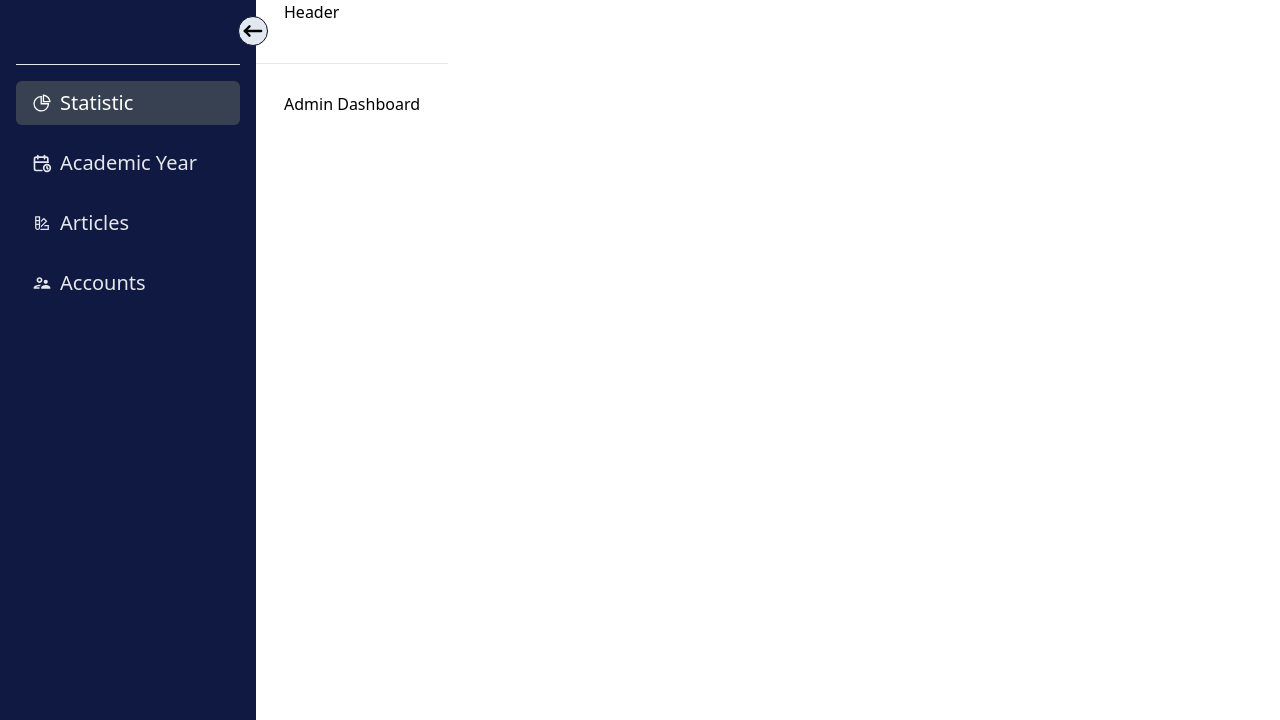
Repository: huynhvanngoan/COMP1640FE-Template
Page: /admin
These files come from the project's save history. The page is drawn as it stood at one moment and after the next save; the edit follows.
The browser window is 1280 px wide. The pictures show the whole page.
The project was rebuilt for these pictures with package versions that can differ from the ones it lists, and the page was loaded fresh each time. Also part of the build but not shown: src/components/buttonStyles.js, src/pages/LoginPage.jsx, src/pages/student/StudentDashboard.jsx, src/pages/department/DepartmentDashboard.jsx, src/pages/marketing/MarketingDashboard.jsx, src/pages/guest/GuestDashboard.jsx.

Above is the page before, as saved 2024-03-24 06:55:25.

### src/index.js
import React from 'react';
import ReactDOM from 'react-dom/client';
import './index.css';
import App from './App';

const root = ReactDOM.createRoot(document.getElementById('root'));
root.render(
  <React.StrictMode>
      <App />
  </React.StrictMode>
)

### src/index.css
@import url('https://fonts.googleapis.com/css2?family=Inter:wght@100;200;300;400;500;600;700;800;900&display=swap');
@tailwind base;
@tailwind components;
@tailwind utilities;

### src/App.js
import React from 'react'
import { BrowserRouter as Router, Routes, Route, Navigate } from "react-router-dom";
import LoginPage from './pages/LoginPage';
import StudentDashboard from './pages/student/StudentDashboard';
import DepartmentDashboard from './pages/department/DepartmentDashboard';
import MarketingDashboard from './pages/marketing/MarketingDashboard';
import GuestDashboard from './pages/guest/GuestDashboard';
import Layout from './pages/admin/layout';
const App = () => {


  return (
    <Router>
        <Routes>
          <Route path="/login" element={<LoginPage/>} />

          <Route path="/admin" element={<Layout />}/>

          <Route path="/student-dashboard" element={<StudentDashboard />}/>

          <Route path="/guest-dashboard" element={<GuestDashboard />}/>

          <Route path="/department-dashboard" element={<DepartmentDashboard />}/>

          <Route path="/marketing-dashboard" element={<MarketingDashboard />}/>

          {/* <Route path='/marketing-homepage' element={<MarketingHomePage  />}/> */}

          <Route path='*' element={<Navigate to="/login" />} />

        </Routes>
    </Router>
  )
}

export default App

### src/pages/admin/layout.js
import React from 'react';
import Sidebar from './Sidebar';
import Header from './Header';
import AdminDashboard from './AdminDashboard';


export default function Layout() {
  return (
      <div className='flex'>
        <Sidebar />
        <div className='flex flex-col'>
          <Header />
          <AdminDashboard />
        </div>
      </div>
  );
}

### src/pages/admin/Sidebar.js
import React, { useState } from 'react';
import { Link } from 'react-router-dom';
import { AiOutlinePieChart } from "react-icons/ai";
import { TbCalendarTime } from "react-icons/tb";
import { LiaSwatchbookSolid } from "react-icons/lia";
import { MdOutlineSupervisorAccount } from "react-icons/md";
import { TbArrowNarrowLeft } from "react-icons/tb";
export const SidebarContent = [
  {
    icon: AiOutlinePieChart,
    heading: "Statistic"
  },
  {
    icon: TbCalendarTime,
    heading: "Academic Year"
  },
  {
    icon: LiaSwatchbookSolid,
    heading: "Articles"
  },
  {
    icon: MdOutlineSupervisorAccount,
    heading: "Accounts"
  }
]

export default function Sidebar() {
  const [selected, setSelected] = useState(0);
  const [colapse, setColapse] = useState(true);

  return (
    <div className={`left-0 top-0 h-screen bg-[#0f1941] p-4 ${colapse ? "w-64" : "w-20"} duration-300`}>
        <div className='flex flex-col'>
           <div className='relative flex h-10 justify-end'>
            <TbArrowNarrowLeft  className={`text-3xl bg-slate-200 rounded-full cursor-pointer absolute -right-7 border border-[#080e24] hover:text-white ${!colapse && 'rotate-180'}`} onClick={() => setColapse(!colapse)} />
           </div>
          <ul className='my-2 border-t pt-4 w-full items-center'>
            {SidebarContent.map((item, index) => {
              return (
                <li className={selected === index  ? "mb-4 group active" : "mb-4" } key={index} onClick={() => setSelected(index)}>
                  <Link to="#" className={`flex w-full rounded-md items-center space-x-2 text-gray-200 hover:bg-[#080e24] hover:text-white group-[.active]:bg-gray-700 group-[.active]:text-white ${colapse ? 'text-xl px-4 py-2 ': 'text-3xl px-1 py-1'}`}>
                    { colapse ? (
                      <>
                        <item.icon />
                        <span>{item.heading}</span>
                      </>
                    ) : ( <item.icon />)
                    }
                  </Link>
                </li>
              )
            })}
          </ul>
        </div>
    </div>
  );
}

### src/pages/admin/Header.js
import React from 'react';

export default function Header() {
  return (
    <div className='px-7 border-b w-full h-16'>
        Header
    </div>
  );
}

### src/pages/admin/AdminDashboard.js
import React from 'react'

const AdminDashboard = () => {
  return (
      <div className='p-7'>
        Admin Dashboard
      </div>
  )
}

export default AdminDashboard

### tailwind.config.js
/** @type {import('tailwindcss').Config} */
module.exports = {
  content: [
    "./src/**/*.{js,jsx,ts,tsx}",
  ],
  theme: {
    extend: {
      fontFamily: {
        "inter": ["Inter", "sans-serif"]
      }
    },
  },
  plugins: [],
}

Loaded but not shown: public/index.html (common file)

After the next save:
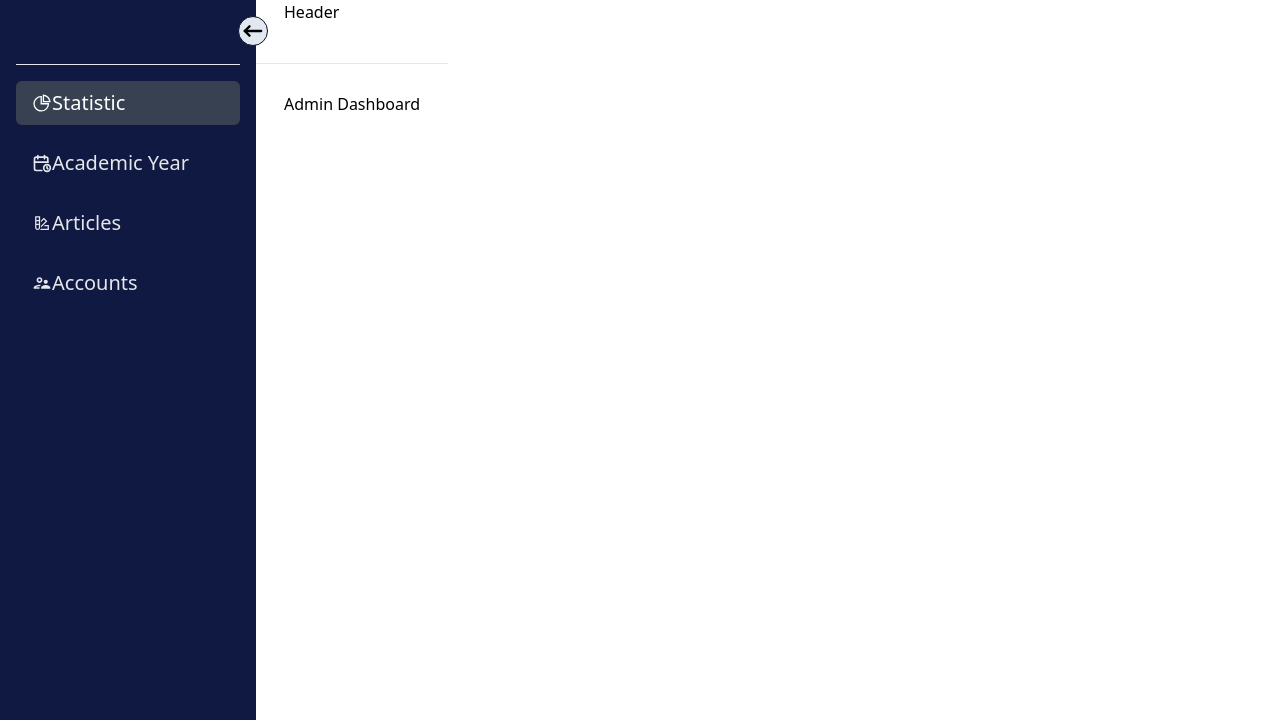
Saved 11 s later.
--- a/src/pages/admin/Sidebar.js
+++ b/src/pages/admin/Sidebar.js
@@ -38,7 +38,7 @@
             {SidebarContent.map((item, index) => {
               return (
                 <li className={selected === index  ? "mb-4 group active" : "mb-4" } key={index} onClick={() => setSelected(index)}>
-                  <Link to="#" className={`flex w-full rounded-md items-center space-x-2 text-gray-200 hover:bg-[#080e24] hover:text-white group-[.active]:bg-gray-700 group-[.active]:text-white ${colapse ? 'text-xl px-4 py-2 ': 'text-3xl px-1 py-1'}`}>
+                  <Link to="#" className={`flex w-full rounded-md items-center  text-gray-200 hover:bg-[#080e24] hover:text-white group-[.active]:bg-gray-700 group-[.active]:text-white ${colapse ? 'text-xl px-4 py-2 ': 'text-3xl px-1 py-1'}`}>
                     { colapse ? (
                       <>
                         <item.icon />

After the save that followed:
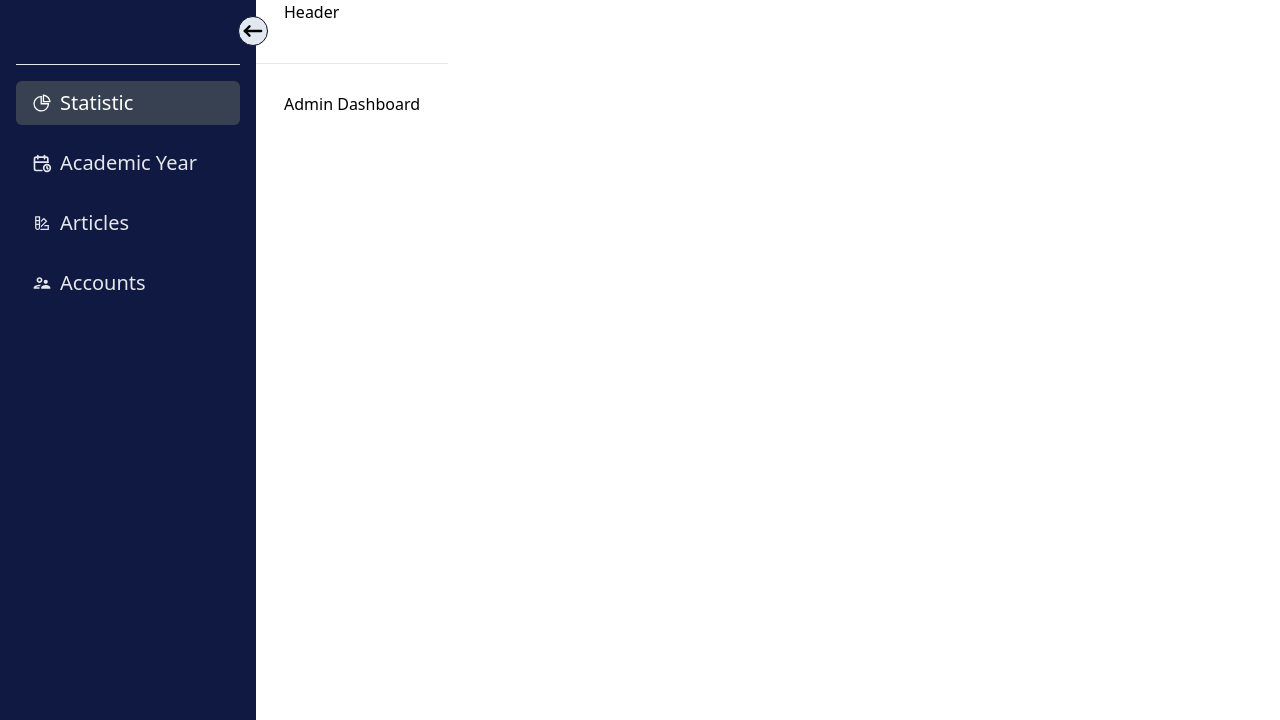
Saved 6 s later.
--- a/src/pages/admin/Sidebar.js
+++ b/src/pages/admin/Sidebar.js
@@ -38,7 +38,7 @@
             {SidebarContent.map((item, index) => {
               return (
                 <li className={selected === index  ? "mb-4 group active" : "mb-4" } key={index} onClick={() => setSelected(index)}>
-                  <Link to="#" className={`flex w-full rounded-md items-center  text-gray-200 hover:bg-[#080e24] hover:text-white group-[.active]:bg-gray-700 group-[.active]:text-white ${colapse ? 'text-xl px-4 py-2 ': 'text-3xl px-1 py-1'}`}>
+                  <Link to="#" className={`flex w-full rounded-md items-center space-x-2 text-gray-200 hover:bg-[#080e24] hover:text-white group-[.active]:bg-gray-700 group-[.active]:text-white ${colapse ? 'text-xl px-4 py-2 ': 'text-3xl px-1 py-1'}`}>
                     { colapse ? (
                       <>
                         <item.icon />
